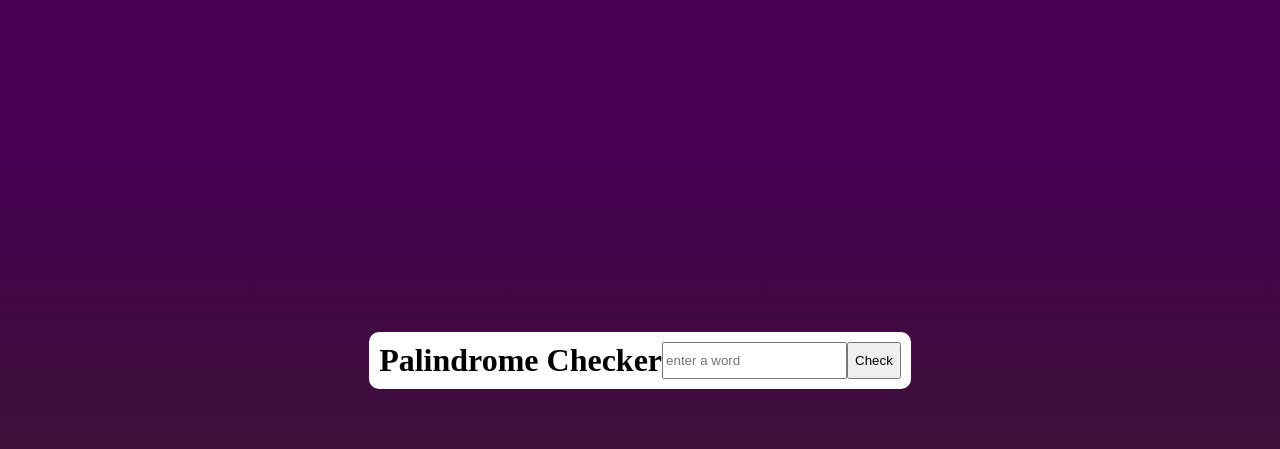
Repository: albinsabu2023/palindromeChecker
Page: index.html
The author's editor kept a copy of each file at every save. The page is drawn from the files as they stood at one save, then again after the next save.
The browser window is 1280 px wide. The pictures show the whole page.

Above is the page before, as saved 2023-09-12 01:17:38.

### index.html
<!DOCTYPE html>
<html lang="en">
<head>
    <meta charset="UTF-8">
    <meta name="viewport" content="width=device-width, initial-scale=1.0">
    <title>Document</title>
    <link rel="stylesheet" href="style.css">
</head>
<body>
    <div class="container">
        <h1>Palindrome Checker</h1>
        <input type="text" id="inputText" placeholder="enter a word">
        <button id="checkButton">Check</button>
        <div id="result">

        </div>
    </div>
    <script src="home.js"></script>
</body>
</html>

### style.css
*{
    margin:0;

}
body{
    display: flex;
    align-items: center;
    justify-content: center;
    height: 100vh;
    background:linear-gradient(rgb(72, 0, 85) 20%, rgb(58, 22, 48) 74%) ;
}
.container{
    padding: 10px;
    margin: 10px;
    background-color: white;
    border-radius: 10px;
    display: flex;
    flex-direction: col;
}

Loaded but not shown: home.js (no copy from this time; the picture is the same without it)

After the next save:
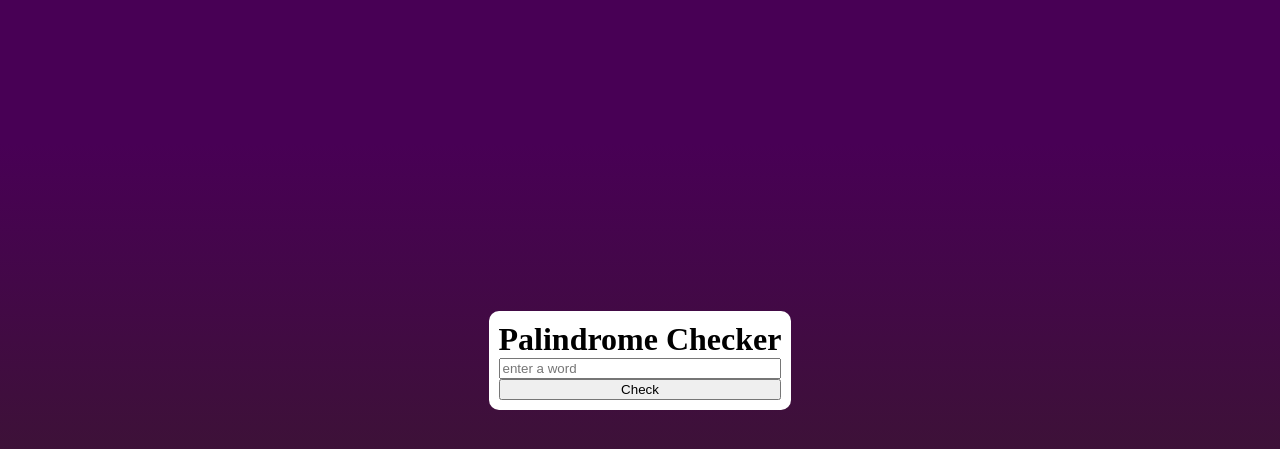
Saved 7 s later.
--- a/style.css
+++ b/style.css
@@ -15,5 +15,5 @@
     background-color: white;
     border-radius: 10px;
     display: flex;
-    flex-direction: col;
+    flex-direction: column;
 }
